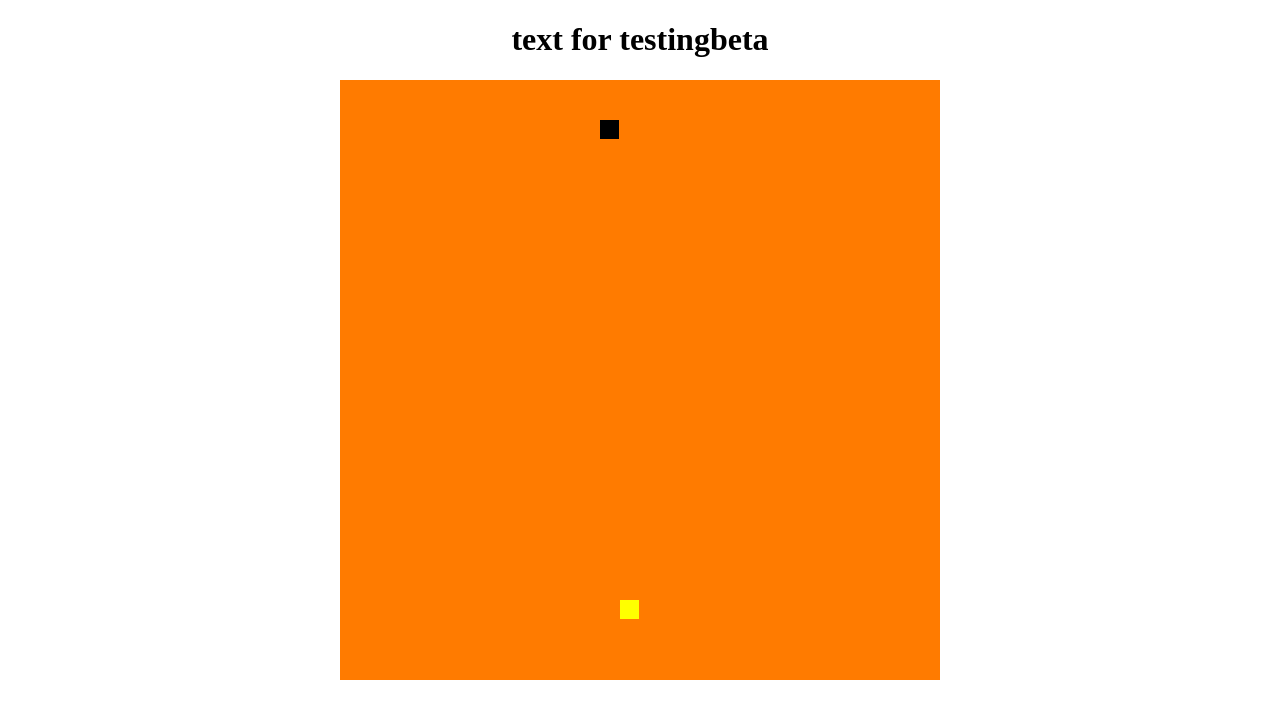
Repository: jessehapuli/jessehapuli.github.io
Page: finalsnakeFiles/snake.html
These files come from the project's save history. The page is drawn as it stood at one moment and after the next save; the edit follows.
The browser window is 1280 px wide. The pictures show the whole page.
After loading, the first visible `h1` was clicked once.

Above is the page before, as saved 2024-05-16 10:24:21.
Console error: ReferenceError: changeText is not defined

### finalsnakeFiles/snake.html
<!DOCTYPE html>
<html lang="en">
<head>
    <title>Snake</title>
    <meta charset="UTF-8">
    <meta http-equiv="X-UA-Compatible" content="IE=edge">
    <meta name="viewport" content="width=device-width, initial-scale=1.0">
    <link rel="stylesheet" href="test.css">
    <script type="text/javascript" src="testsnake.js"></script>
</head>
<body>

    <!--stuff-->
<h1 onclick="changeText(this)">text for testingbeta</h1>

    <canvas id="board"></canvas>

</body>
</html>

### snake/testsnake.js
//board
var board;
var Context;
var blocksize = 20;
var rows = 30;
var columns = 30;
var mesh = 1;

//sneak
var snakeX;
var snakeY;

//velocity
var velocityX = 0;
var velocityY = 0;

//apple
var appleX;
var appleY;

//body
var snakebody = [];

var gameover = false;

window.onload = function() {
    board = document.getElementById("board");
    board.height = rows * blocksize;
    board.width = columns * blocksize;
    Context = board.getContext("2d");

    placesnake();
    placeapple();
    document.addEventListener("keyup", changeDirection);
    document.addEventListener("boll", (e) => {
        snakebody.length = 4;
      }, { once: true });
    //update
    setInterval(update, 1000/10);
}

function update() {
    if (gameover) {
        return;
    }
    Context.fillStyle="rgb(255, 123, 0)";
    Context.fillRect(0, 0, board.width, board.height);

    Context.fillStyle="yellow";
    Context.fillRect(appleX, appleY, blocksize-1, blocksize-1);

    if (snakeX  == appleX && snakeY == appleY) {
        snakebody.push([appleX, appleY])
        placeapple();
    }

    for (let i = snakebody.length-1; i > 0; i--) {
        snakebody[i] = snakebody[i-1];
    }
    if (snakebody.length) {
        snakebody[0] = [snakeX, snakeY];
    }

    Context.fillStyle="black";
    snakeX += velocityX * blocksize;
    snakeY += velocityY * blocksize;
    Context.fillRect(snakeX, snakeY, blocksize-1, blocksize-1);
    for (let i = 0; i < snakebody.length; i++) {
        Context.fillStyle="gray";
        Context.fillRect(snakebody[i][0], snakebody[i][1], blocksize-1, blocksize-1);
    }

    if (snakeX < 0 || snakeX > columns*blocksize || snakeY < 0 || snakeY > rows *blocksize) {
        gameover = true;
        alert("gae over");
    }

    for (let i = 0; i < snakebody.length; i++) {
        if (snakeX == snakebody[i][0] && snakeY == snakebody[i][1]) {
            gameover = true;
            alert("game over");
        }
    }

    if (velocityX || velocityY == 1) {
        var boll = new CustomEvent("boll");
        document.dispatchEvent(boll);
    }

    if (velocityX || velocityY == -1) {
        var boll = new CustomEvent("boll");
        document.dispatchEvent(boll);
    }
}



function changeDirection(e) {
    if (e.code == "KeyW" && velocityY != 1) {
        velocityX = 0;
        velocityY = -1;

    }

    else if (e.code == "KeyS" && velocityY != -1) {
        velocityX = 0;
        velocityY = 1;
    }

    else if (e.code == "KeyA" && velocityX != 1) {
        velocityX = -1;
        velocityY = 0;
    }

    else if (e.code == "KeyD" && velocityX != -1) {
        velocityX = 1;
        velocityY = 0;
    }

    else if (e.code == "KeyK") {
       placeapple();
    }

    else if (e.code == "KeyL") {
        placesnake();
    }

    else if (e.code == "KeyQ") {
        gameover = true;
        alert("freeze")
    }

    else if (e.code == "KeyC") {
        snakebody.length = 7;
    }
}

function placeapple() {
    appleX = Math.floor(Math.random() * columns) * blocksize;
    appleY = Math.floor(Math.random() * rows) * blocksize;
}

function placesnake() {
    snakeX = Math.floor(Math.random() * columns) * blocksize;
    snakeY = Math.floor(Math.random() * rows) * blocksize;
}

Loaded but not shown: finalsnakeFiles/test.css (common file)

After the next save:
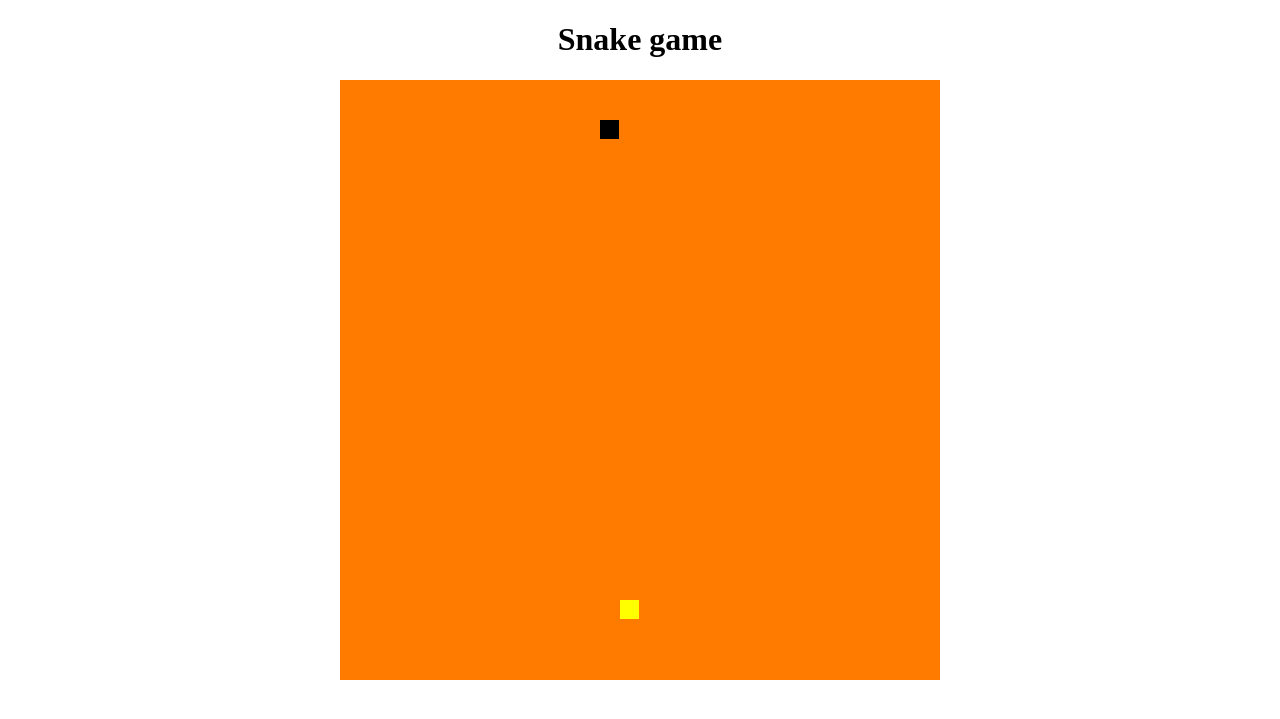
The error is gone.
Saved 1 s later.
--- a/snake/testsnake.js
+++ b/snake/testsnake.js
@@ -144,3 +144,7 @@ function placesnake() {
     snakeX = Math.floor(Math.random() * columns) * blocksize;
     snakeY = Math.floor(Math.random() * rows) * blocksize;
 }
+
+function changeText(id) {
+    id.innerHTML = "Snake game";
+  }
